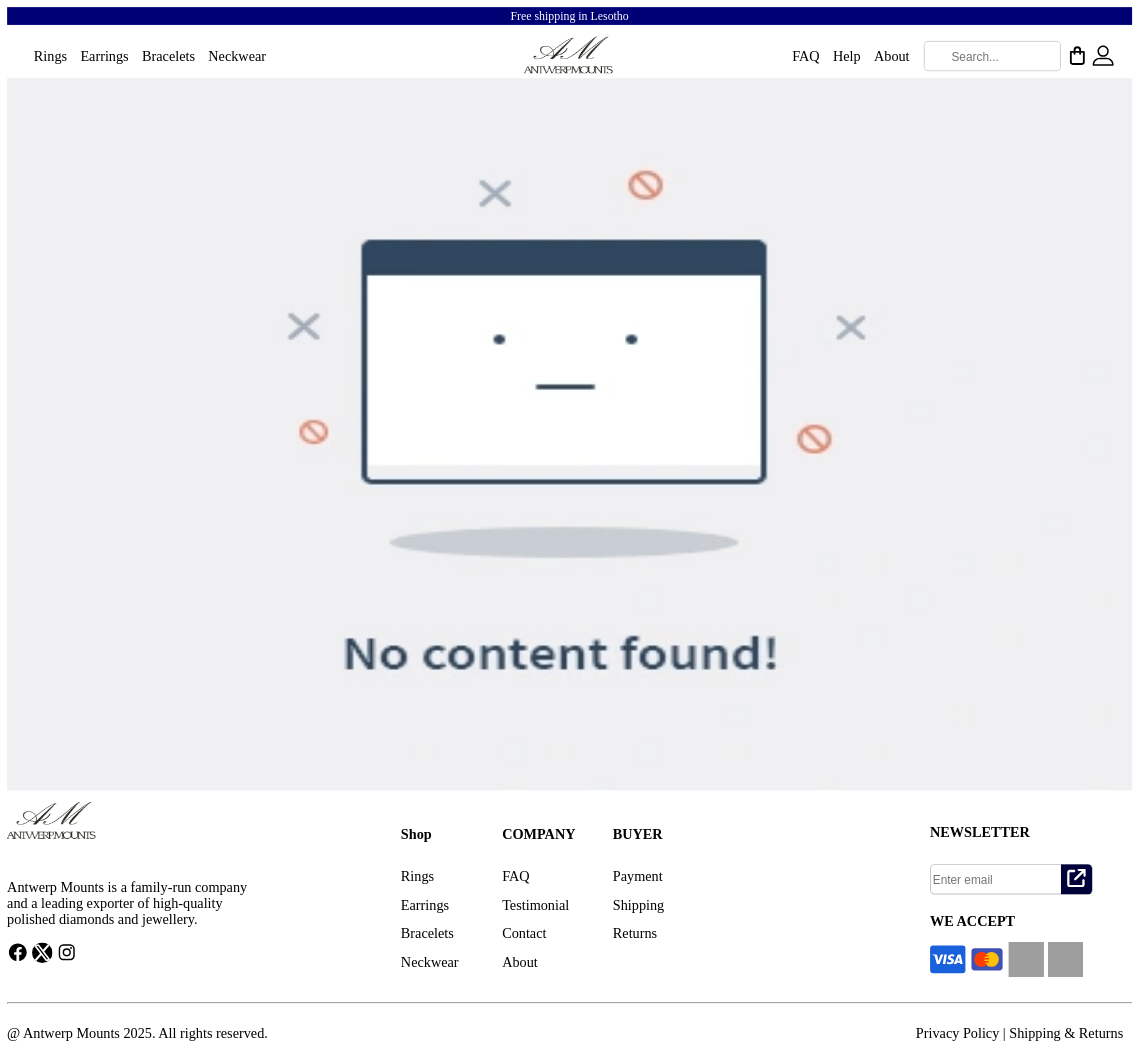
Repository: kea-0424/Web-Development-Project-1
Page: First_collaboration/JewelarySite.html
An editor plug-in stored every save of this project. The page is shown before and after the next save, followed by the edit.
The browser window is 1280 px wide. The pictures show the whole page, at 89% of full size.
Pictures or frames that could not be fetched are drawn as grey boxes.

Above is the page before, as saved 2025-01-23 10:56:32.

### First_collaboration/JewelarySite.html
<!DOCTYPE html>
<html lang="en">
<head>
    <meta charset="UTF-8">
    <meta name="viewport" content="width=device-width, initial-scale=1.0">
    <title>Document</title>
    <link rel="stylesheet" href="./JewelarySite.css">
</head>
<body>
    <header>
        <div class="notification">
            <span>Free shipping in Lesotho</span>
        </div>
        <nav>
                <ul class="navigations"  id="right_nav">
                    <li class="navbar_links"><a href="#">Rings</a></li>
                    <li class="navbar_links"><a href="#">Earrings</a></li>
                    <li class="navbar_links"><a href="#">Bracelets</a></li>
                    <li class="navbar_links"><a href="#">Neckwear</a></li>
                </ul>

            <div class="logo_container">
<img src="Main_Logo-removebg-preview.png" alt="Logo" class="main_logo" id="Nav_logo">
            </div>
                <ul class="navigations" id="left_nav">
                    <li class="navbar_links"><a href="#">FAQ</a></li>
                    <li class="navbar_links"><a href="#">Help</a></li>
                    <li class="navbar_links"><a href="#">About</a></li>
                </ul>
                <form action="#">
                    <i class='bx bx-search-alt-2'></i>
                    <input class='searchbar' type="text" placeholder="Search...">
                </form>
                <div class="nav_icons">
                    <img src="./cart.svg" alt="Logo" class="icon">
                    <img src="./profile.svg" alt="Logo" class="icon">
                </div>
        </nav>
    </header>
    <main>
        <img src="./NoContent.webp" alt="No_Content" class="No_Content">
    </main>
    <footer>
        <div class="about_us">
            <div class="logo_container">
                <img src="Main_Logo-removebg-preview.png" alt="Logo" class="main_logo">
                            </div>
                            <div class="bio">
                                <p>Antwerp Mounts is a family-run company<br>
                                    and a leading exporter of high-quality<br>
                                   polished diamonds and jewellery.</p>
                            </div>
                                <div class="social_media">
                                    <div class="socials" >
                                        <a href="#"><img src="./bxl-facebook-circle (1).svg" alt="Facebook" id="facebook_link"></a>
                                    </div>
                                    <div class="socials">
                                        <a href="#"><img src="./x-twitter-brands-solid.svg" alt="Twitter" id="X_link"></a>
                                    </div>
                                    <div class="socials">
                                        <a href="#"><img src="./bxl-instagram (1).svg" alt="Instagram" id="instagram_link"></a>
                                    </div>
                                    </div>
        </div>
        <div class="navigation">
            <div class="list1">
                <h4>Shop</h4>
                <ul class="footer_lists">
                    <li><a href="#">Rings</a></li>
                    <li><a href="#">Earrings</a></li>
                    <li><a href="#">Bracelets</a></li>
                    <li><a href="#">Neckwear</a></li>
                </ul>
            </div>
            <div class="list2">
               <h4>COMPANY</h4>
               <ul class="footer_lists">
                <li><a href="#">FAQ</a></li>
                <li><a href="#">Testimonial</a></li>
                <li><a href="#">Contact</a></li>
                <li><a href="#">About</a></li>
               </ul>
            </div>
            <div class="list3">
                <h4>BUYER</h4>
                <ul class="footer_lists">
                    <li><a href="#">Payment</a></li>
                    <li><a href="#">Shipping</a></li>
                    <li><a href="#">Returns</a></li>
                </ul>
            </div>
        </div>
        <div class="Subscription">
            <h4>NEWSLETTER</h4>
            <form action="#">
                <input type="text" placeholder="Enter email" class="newsletter_input">
                <button type="submit" class="submit_btn"><img src="./arrow-up-right-from-square-solid.svg" alt="arrow"></button>
            </form>
            <h4>WE ACCEPT</h4>
            <div class="payment_methods">
                <div class="payment_method">
                    <img src="./cc-visa-brands-solid.svg" alt="visa" id="visa">
                </div>
                <div class="payment_method">
                    <img src="mastercard.svg" alt="mastercard" id="mastercard">
                </div>
                <div class="payment_method">
                    <img src="./paypal.svg" alt="paypal" id="paypal">
        </div>
        <div class="payment_method">
            <img src="./skrill.svg" alt="skrill" id="skrill">
        </div>
            </div>
        </div>
        <hr>
        <div class="copyright">
            <p class="left_details">@ Antwerp Mounts 2025. All rights reserved.</p>
            <p class="right_details">Privacy Policy | Shipping & Returns</p>
        </div>
    </footer>
</body>
</html>

### First_collaboration/JewelarySite.css

body {
    box-sizing: border-box;
}
.notification {
    background-color: rgb(0 0 117);
    color: rgb(255 255 255);
    display: flex;
    align-items: center;
    justify-content: center;
    font-size: smaller;
    width: inherit;
    height: 20px;
}
nav {
    display: flex;
    justify-content: space-between;
    /*padding: 10px;*/
}
.main_logo {
    height: 80px;
    width: 100px;
    margin-top: 0;

}
#Nav_logo {
    margin: 0 auto;
    position: absolute;
    left: 46%;
}
.navigations,.navbar_links {
    list-style-type: none;
    display: flex;
    justify-content: space-between;
list-style: none;
text-decoration: none;
color: inherit;
margin-right: 15px;
padding: 0;
}
nav {
    position:relative;
    width: 100%;
    height: 60px
}

a {
    text-decoration: none;
color: inherit;
}
a:hover {
    /*font-size: larger;*/
    transition: font-size 0.2s ease-in-out;
    position: relative;
    /*background-color: blue;*/
    color: rgba(0 0 255 / 0.26);
    border-radius: 3px;
}
main,.No_Content {
    width: 100%;
    height: 800px;
}
.searchbar {
    width: 120px;
    height: 30px;
    border-radius: 5px;
    border: 1px solid #ccc;
    margin-top: 18px;
    padding-left: 30px;
    position: absolute;
    right: 80px;

}
.navbar_links {
    margin-top: 10px;
}
.icon {
    width: 25px;
    height: 25px;
    margin-top: 22px;
}
#left_nav{
    position: absolute;
    right: 220px;
}
#right_nav {
    position: absolute;
    left: 30px;
}
.nav_icons {
    margin-right: 20px;
}
.socials {
    /*border: 1px solid red;*/
    display: inline;
    height: 50px;
    width: 50px;
}
.bio {
    /*border: 1px solid red;*/
    display: inline-block;
}
#X_link {
    background-color: black;
    height: 23px;
    width: 23px;
    border-radius: 50%;
    display: inline-block;
}
/*.list1,.list2,.list3*/.navigation{
    /*border: 1px solid red;*/
    display: inline-block;
    position: absolute;
    left: 35%;
    top: 20px;
box-sizing: border-box;
}
footer {
    /*border: 1px solid red;*/
    position: relative;
}
.list1,.list2,.list3 {
    /*border: 1px solid red;*/
    display: inline-block;
    box-sizing: border-box;
    margin-right: 5px;
}
.list3 {
    position: relative;
    bottom: 32px;
}
.footer_lists {
    position: relative;
    right: 40px;
    list-style: none;
    line-height: 2em;
}
.newsletter_input {
    height: 30px;
    overflow: hidden;
    border-radius: 5px;
    border: 1px solid rgba(0 0 0 / 0.25);
    position: relative;
    /*z-index: 1;*/
}
.submit_btn {
    background-color: rgb(2 2 59);
    border: 1px solid transparent;
    height: 34px;
    width: 35px;
    position: relative;
    right: 40px;
    top: 4px;
    border-radius:0px 5px 5px 0px;
}
#visa, #mastercard, #paypal, #skrill {
    height: 40px;
    width: 40px;
}
#visa:hover, #mastercard:hover, #paypal:hover, #skrill:hover {
    height: 50px;
    width: 50px;
}
.payment_method {
    /*border: 1px solid red;*/
    display: inline-block;
    position: relative;
    bottom: 8px;
}
.Subscription {
/*border: 1px solid red;*/
display: inline;
position: absolute;
right:5px;
top:18px;
}
hr {
    margin-top: 40px;
}
.copyright {
   /* border: 1px solid red;*/
    position: relative;
}
.left_details {
    /*border: 1px solid red;*/
    display: inline-block;
}
.right_details {
    /*border: 1px solid red;*/
    display: inline;
    position: absolute;
    right: 10px;
}

After the next save:
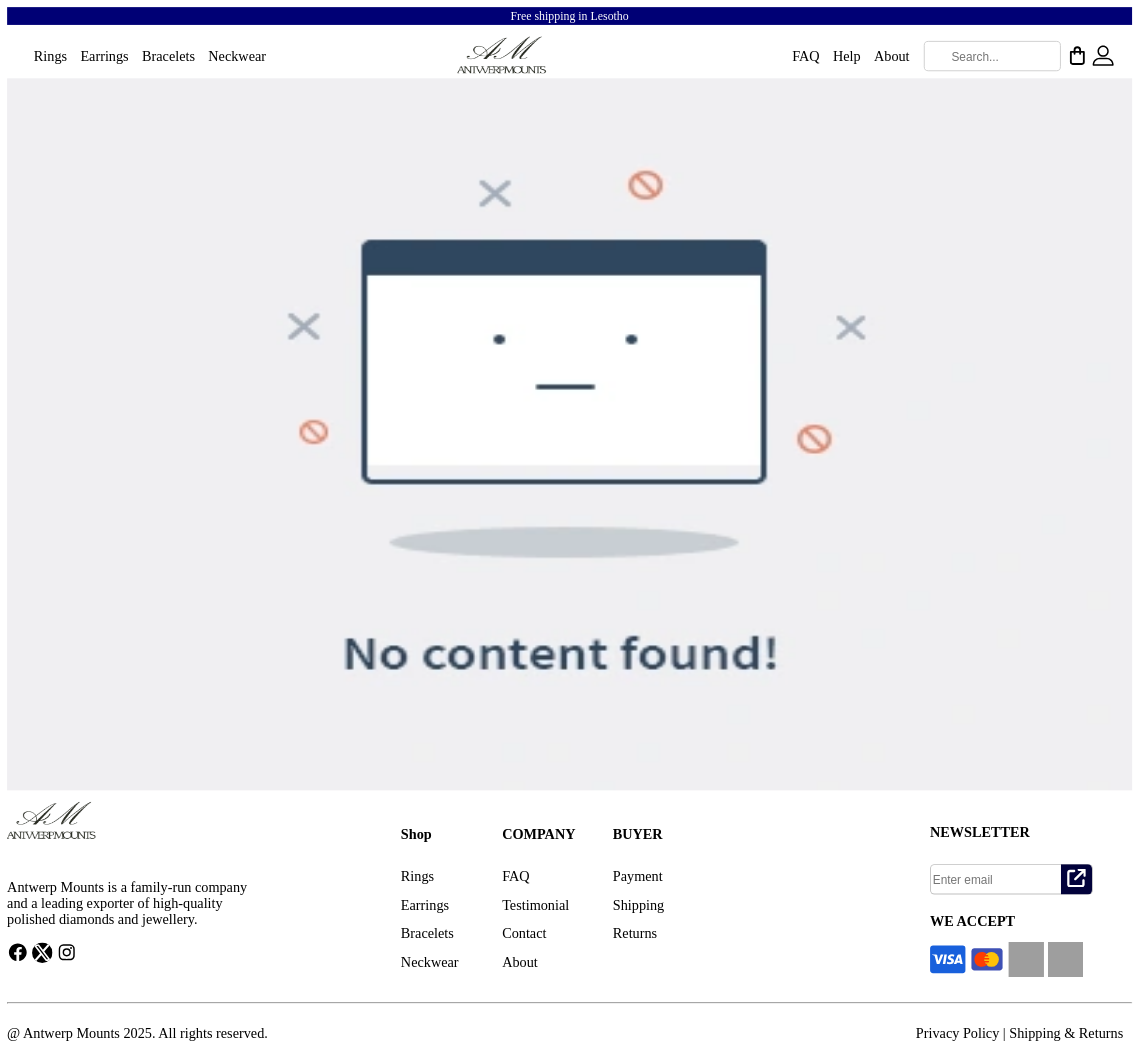
Saved 9 s later.
--- a/First_collaboration/JewelarySite.css
+++ b/First_collaboration/JewelarySite.css
@@ -26,7 +26,7 @@ nav {
 #Nav_logo {
     margin: 0 auto;
     position: absolute;
-    left: 46%;
+    left: 40%;
 }
 .navigations,.navbar_links {
     list-style-type: none;
